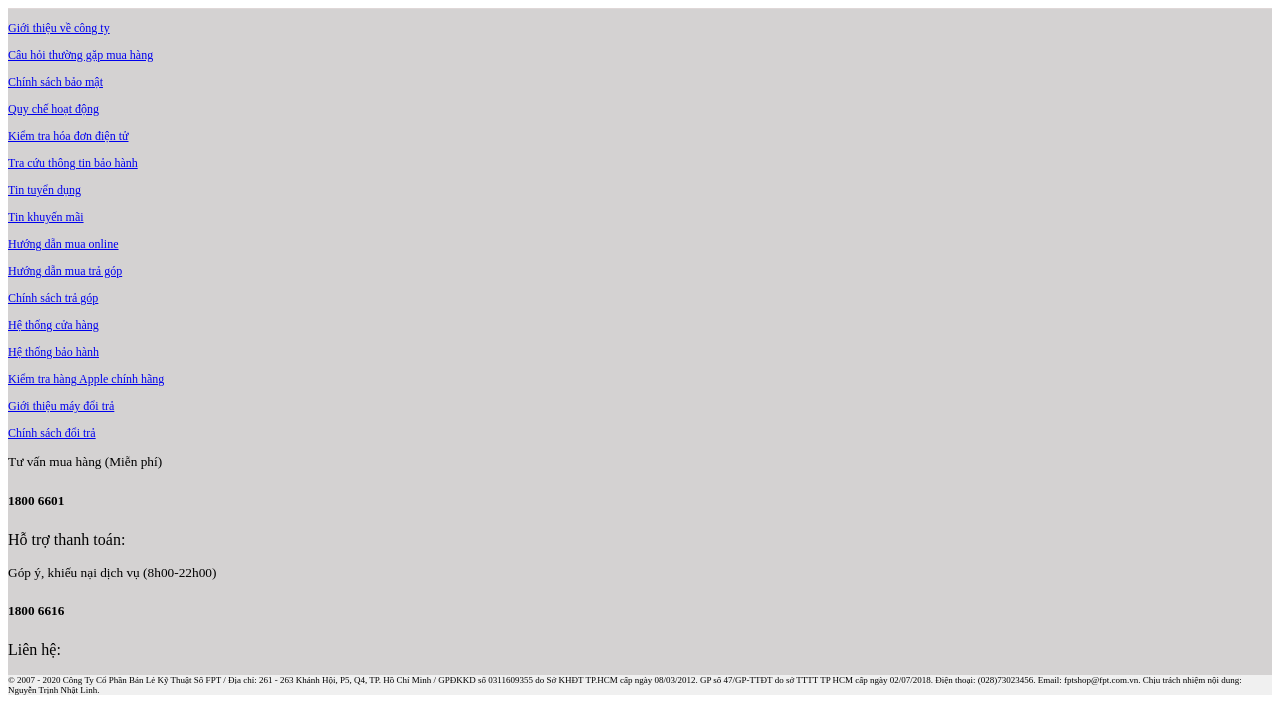
Repository: surface1999/javaweb
Page: http://localhost/BookStore/footer.jsp
The author's editor kept a copy of each file at every save. The page is drawn from the files as they stood at one save, then again after the next save.
The browser window is 1280 px wide. The pictures show the whole page.
The page is served by Tomcat 9.

Above is the page before, as saved 2020-11-23 03:03:44.

After the next save:
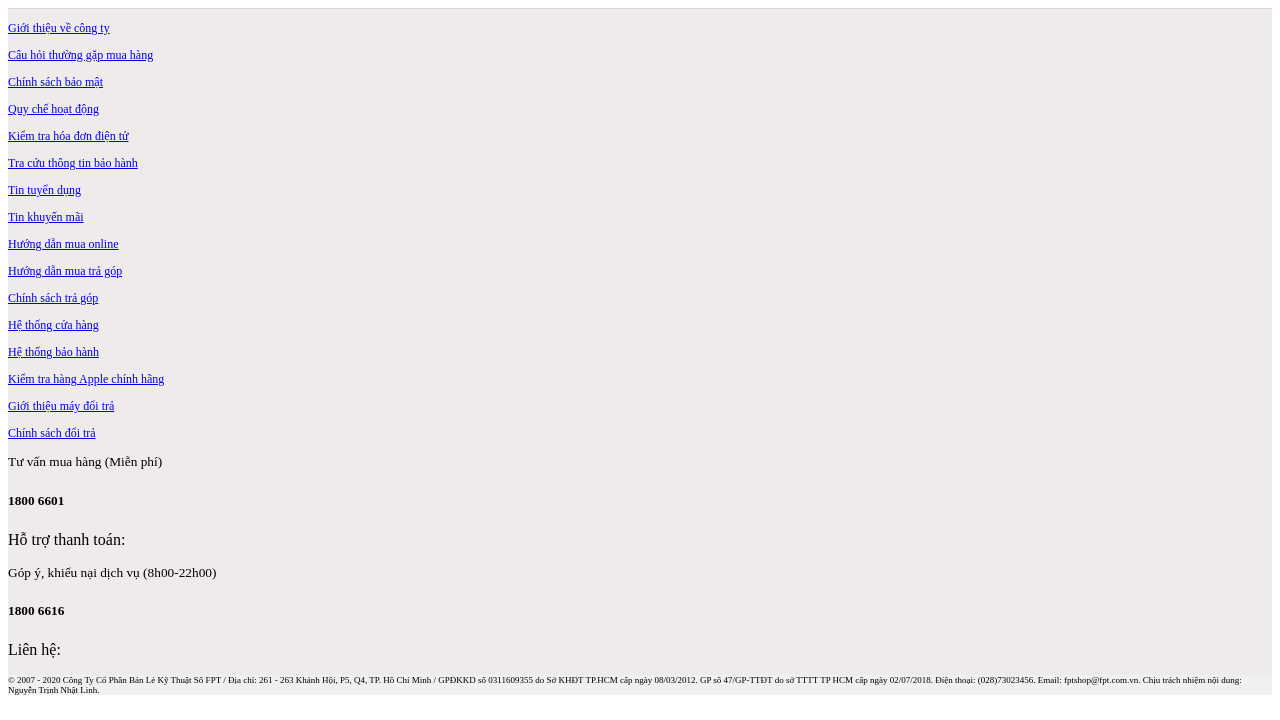
Saved 36 s later.
--- a/BookStore/WebContent/footer.jsp
+++ b/BookStore/WebContent/footer.jsp
@@ -7,7 +7,7 @@
 <title>footer</title>
 </head>
 <body>
-	<footer class="mt-4" style="border-top: solid 1px #DFD7D7; background-color: #D4D2D2">
+	<footer class="mt-4" style="border-top: solid 1px #DFD7D7; background-color: #F0EBEB">
 		<div class="row">
 			<div class="col-md-2"></div>
 			<div class="col mt-4">
